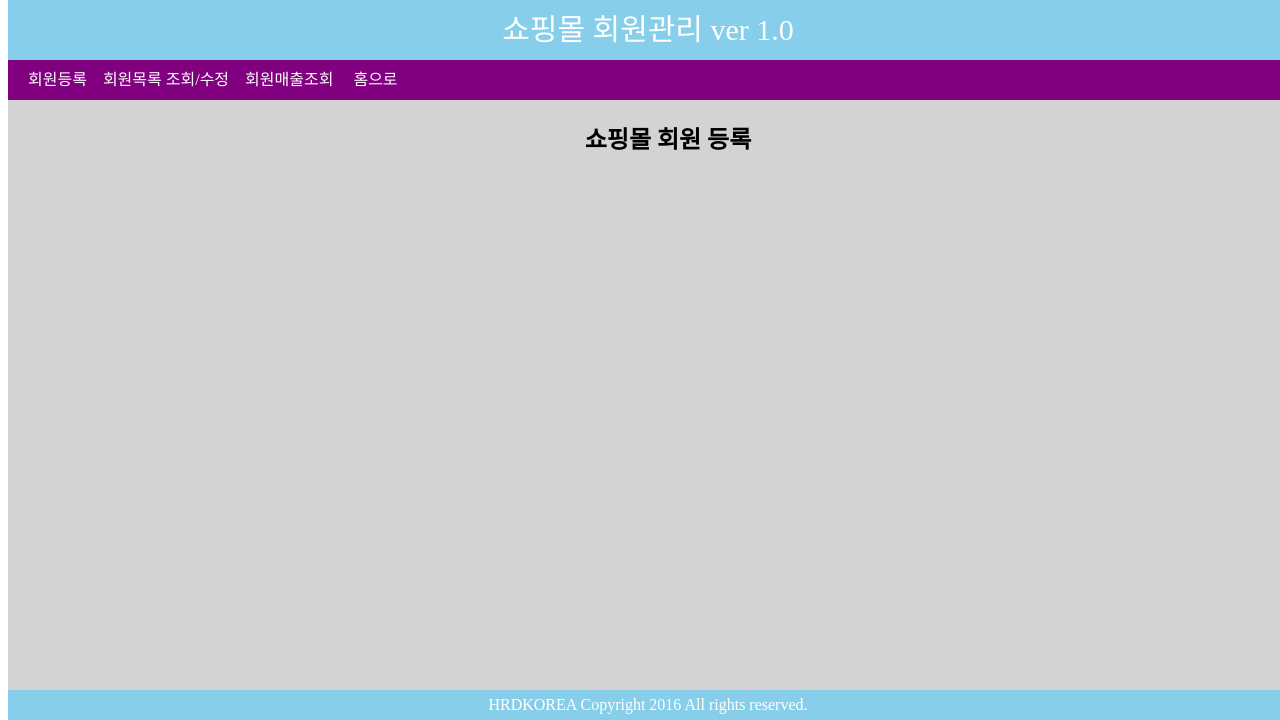
Repository: haileylee94/mini-project
Page: http://localhost/hrd/join.jsp
These files come from the project's save history. The page is drawn as it stood at one moment and after the next save; the edit follows.
The browser window is 1280 px wide. The pictures show the whole page.
The page is served by Tomcat 9. Other server files are loaded and not shown.

Above is the page before, as saved 2022-11-17 12:16:19.

### hrd/WebContent/join.jsp
<%@ page language="java" contentType="text/html; charset=UTF-8"
    pageEncoding="UTF-8"%>
<!DOCTYPE html>
<html>
<head>
<meta charset="UTF-8">
<title>join</title>
</head>
<body>
	<jsp:include page="header.jsp"/>
		<section style="position: fixed; top: 100px; background-color: lightgray;
	height: 100%; width: 100%; padding-left: 20px;">
		<h1 style="text-align: center;"><b>쇼핑몰 회원 등록</b><br></h1>
	</section>
	<jsp:include page="footer.jsp"/>
</body>
</html>

### hrd/WebContent/header.jsp
<%@ page language="java" contentType="text/html; charset=UTF-8"
    pageEncoding="UTF-8"%>
<!DOCTYPE html>
<html>
<head>
<meta charset="UTF-8">
<title>header</title>
<style type="text/css">
	header{
		position:fixed;
		top:0px;
		width:100%;
		height: 60px;
		background-color: skyblue;
		color: white;
		text-align: center;
		line-height: 60px;
		font-size: 30px;
	}
	nav{
		position: fixed;
		top: 60px;
		width: 100%;
		height: 40px;
		background-color: purple;
		line-height: 40px;
		padding-left: 20px;
		color: #fff;
	}
</style>
</head>
<body>

	<header>
		쇼핑몰 회원관리 ver 1.0
	</header>

	<nav>
		회원등록 &nbsp;&nbsp;	회원목록 조회/수정 &nbsp;&nbsp;	회원매출조회 &nbsp;&nbsp;&nbsp;	홈으로
	</nav>
</body>
</html>

### hrd/WebContent/footer.jsp
<%@ page language="java" contentType="text/html; charset=UTF-8"
    pageEncoding="UTF-8"%>
<!DOCTYPE html>
<html>
<head>
<meta charset="UTF-8">
<title>footer</title>
<style type="text/css">
	footer{
		position: fixed;
		bottom: 0px;
		background-color: skyblue;
		width: 100%;
		height: 30px;
		color: white;
		text-align: center;
		line-height: 30px;
	}
</style>
</head>
<body>

	<footer>
		HRDKOREA Copyright 2016 All rights reserved.
	</footer>
</body>
</html>

After the next save:
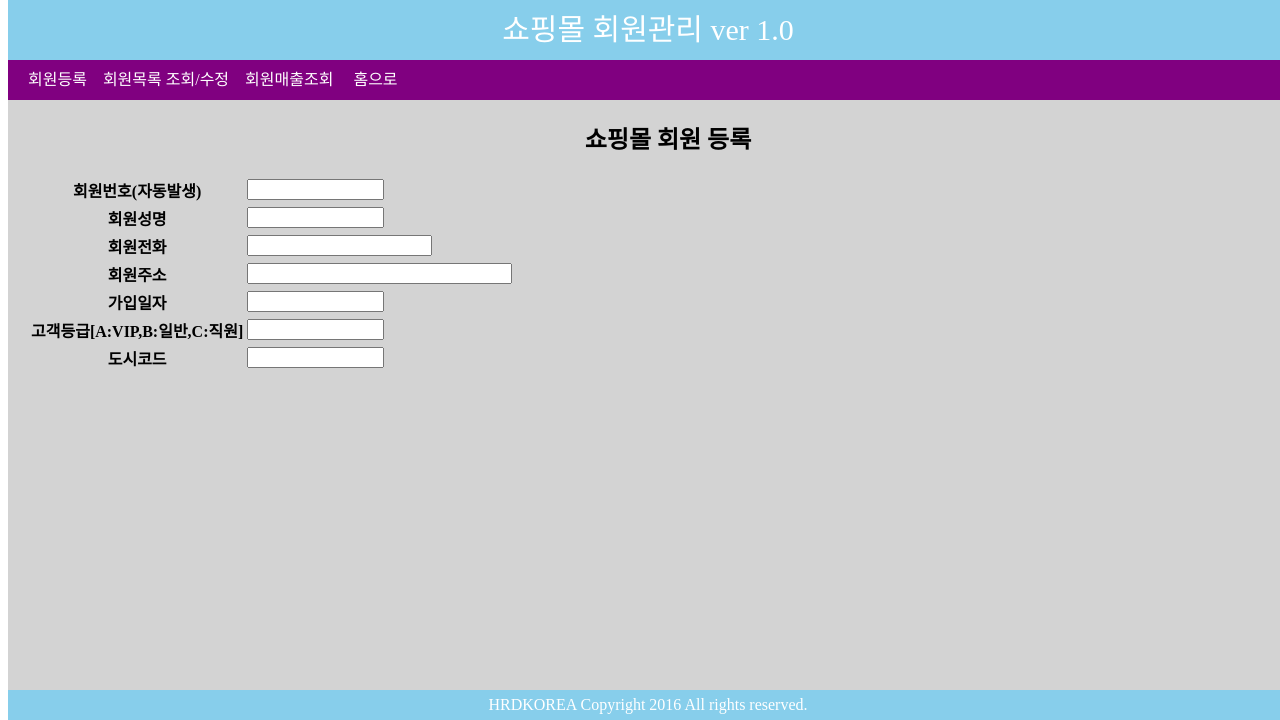
Saved 10 min 4 s later.
--- a/hrd/WebContent/join.jsp
+++ b/hrd/WebContent/join.jsp
@@ -11,6 +11,39 @@
 		<section style="position: fixed; top: 100px; background-color: lightgray;
 	height: 100%; width: 100%; padding-left: 20px;">
 		<h1 style="text-align: center;"><b>쇼핑몰 회원 등록</b><br></h1>
+
+		<form method="post" action="join_ok.jsp" onsubmit="return check()">
+			<table>
+				<tr>
+					<th>회원번호(자동발생)</th>
+					<td><input name=custno size=14></td>
+				</tr>
+				<tr>
+					<th>회원성명</th>
+					<td><input name="custname" size=14></td>
+				</tr>
+				<tr>
+					<th>회원전화</th>
+					<td><input name="phone" size=20></td>
+				</tr>
+				<tr>
+					<th>회원주소</th>
+					<td><input name="address" size=30></td>
+				</tr>
+				<tr>
+					<th>가입일자</th>
+					<td><input name="joindate" size=14></td>
+				</tr>
+				<tr>
+					<th>고객등급[A:VIP,B:일반,C:직원]</th>
+					<td><input name="grade" size=14></td>
+				</tr>
+				<tr>
+					<th>도시코드</th>
+					<td><input name="city" size=14></td>
+				</tr>
+			</table>
+		</form>
 	</section>
 	<jsp:include page="footer.jsp"/>
 </body>
